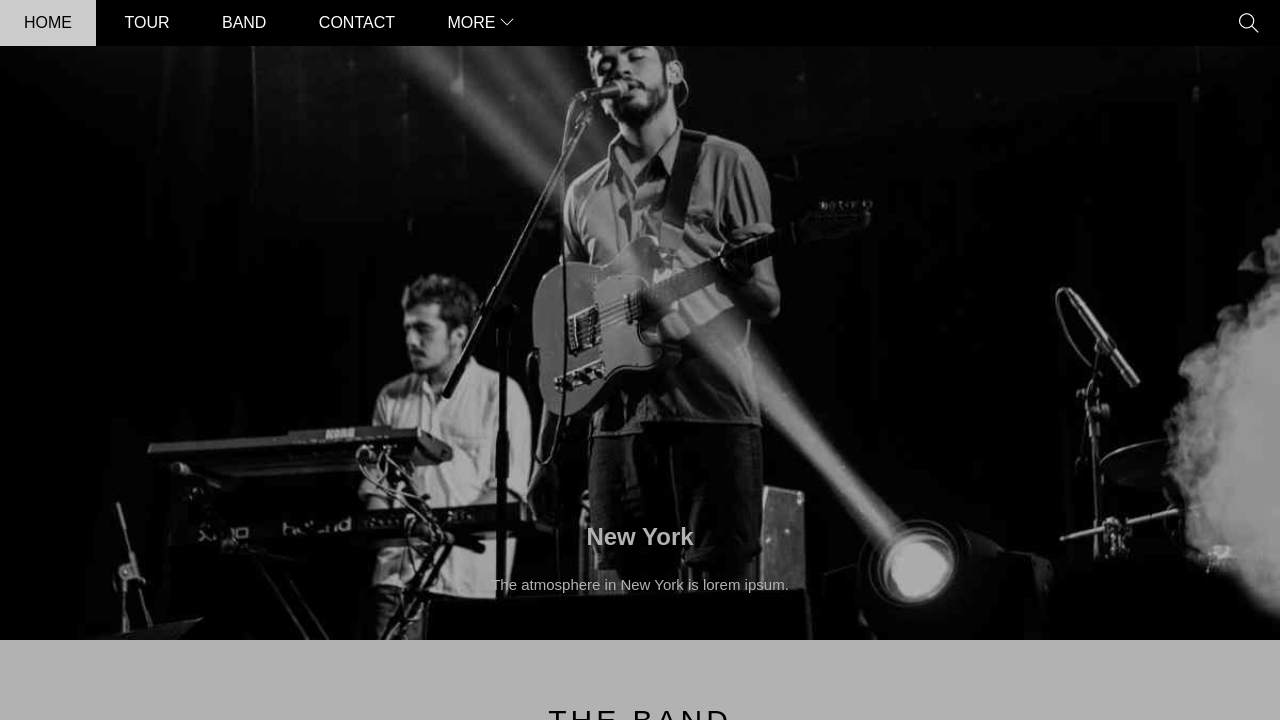
Repository: maivannhan1998/git-w3band
Page: index.html
The author's editor kept a copy of each file at every save. The page is drawn from the files as they stood at one save, then again after the next save.
The browser window is 1280 px wide. The pictures show the window.
A layer covers the whole window, so only the first screen is drawn.

Above is the page before, as saved 2021-09-06 09:09:03.

### index.html
<!DOCTYPE html>
<html lang="en">
<head>
    <meta charset="UTF-8">
    <meta http-equiv="X-UA-Compatible" content="IE=edge">
    <meta name="viewport" content="width=device-width, initial-scale=1.0">
    <title>Document</title>
    <link rel="stylesheet" href="./asset/css/style.css">
    <link rel="stylesheet" href="./asset/fontss/themify-icons/themify-icons.css">
</head>
<body>
    <div id="main">
        <div id="header">
            <!-- Begin: nav -->
            <ul id="nav">
                <li><a href="">Home</a></li>
                <li><a href="">Tour</a></li>
                <li><a href="">Band</a></li>
                <li><a href="">Contact</a></li>
                <li><a href="">
                    More
                    <i class="nav-arrow-down ti-angle-down"></i>
                </a>
                    <ul class="subnav">
                        <li><a href="">Merchandise</a></li>
                        <li><a href="">Extras</a></li>
                        <li><a href="">Media</a></li>
                    </ul>
                </li>
            </ul>
            <!-- End: nav -->

            <!-- Begin: Search button -->
            <div class="search-btn">
                <i class="search-icon ti-search"></i>
            </div>
            <!-- End: Search button -->


        </div>

        <div id="slider">
            <div class="text-content">
                <h2 class="text-heading">New York</h2>
                <div class="text-des">The atmosphere in New York is lorem ipsum.</div>
            </div>
        </div>

        <div id="content">
            <!-- About section -->
            <div class="content-section">
                <h2 class="heading-section">THE BAND</h2>
                <p class="heading-sub-section">We love music</p>
                <p class="about-text">We have created a fictional band website. Lorem ipsum dolor sit amet, consectetur adipiscing elit, sed do eiusmod tempor incididunt ut labore et dolore magna aliqua. Ut enim ad minim veniam, quis nostrud exercitation ullamco laboris nisi ut aliquip ex ea commodo consequat. Duis aute irure dolor in reprehenderit in voluptate velit esse cillum dolore eu fugiat nulla pariatur. Excepteur sint occaecat cupidatat non proident, sunt in culpa qui officia deserunt mollit anim id est laborum consectetur adipiscing elit, sed do eiusmod tempor incididunt ut labore et dolore magna aliqua. Ut enim ad minim veniam, quis nostrud exercitation ullamco laboris nisi ut aliquip ex ea commodo consequat.</p>
                <div class="row members-list">
                    <div class="col col-third text-center">
                         <p class="member-name">Name</p>
                         <img src="/asset/img/band/member1.jpg" alt="Name" class="member-img">
                    </div>
                    <div class="col col-third text-center">
                        <p class="member-name">Name</p>
                        <img src="/asset/img/band/member1.jpg" alt="Name" class="member-img">
                   </div>
                   <div class="col col-third text-center">
                        <p class="member-name">Name</p>
                        <img src="/asset/img/band/member1.jpg" alt="Name" class="member-img">
                    </div>


                </div>
            </div>

            <!--Tour section  -->
            <div class="tour-section">

                <div class="content-section">
                    <h2 class="heading-section text-white">TOUR DATES</h2>
                    <p class="heading-sub-section text-white">Remember to book your tickets!</p>
                    <ul class="tickets-list">
                        <li>September<span class="sold-out">Sold out</span></li>
                        <li>October<span class="sold-out">Sold out</span></li>
                        <li>November<span class="quanity">3</span></li>
                    </ul>

                    <!-- Place section -->
                    <div class="row places-list">
                        <div class="col col-third ">
                            <img src="/asset/img/places/newyork.jpg" alt="New York" class="place-img">
                            <div class="place-content">
                                <h3 class="place-heading">New York</h3>
                                <p class="place-time">Fri 27 Nov 2016</p>
                                <p class="place-des">Praesent tincidunt sed tellus ut rutrum sed vitae justo.</p>
                                <a href="#" class="place-buy-btn">Buy Tickets</a>
                            </div>
                        </div>

                        <div class=" col col-third ">
                            <img src="/asset/img/places/paris.jpg" alt="Paris" class="place-img">
                            <div class="place-content">
                                <h3 class="place-heading">Paris</h3>
                                <p class="place-time">Sat 28 Nov 2016</p>
                                <p class="place-des">Praesent tincidunt sed tellus ut rutrum sed vitae justo.</p>
                                <a href="#" class="place-buy-btn">Buy Tickets</a>
                            </div>
                        </div>

                        <div class=" col col-third ">
                            <img src="/asset/img/places/sanfran.jpg" alt="San Francisco" class="place-img">
                            <div class="place-content">
                                <h3 class="place-heading">San Francisco</h3>
                                <p class="place-time">Sun 29 Nov 2016</p>
                                <p class="place-des">Praesent tincidunt sed tellus ut rutrum sed vitae justo.</p>
                                <a href="#" class="place-buy-btn">Buy Tickets</a>
                            </div>
                        </div>


                    </div>
                </div>


            </div>

            <!-- Contact section -->

            <div class="content-section">
                <h2 class="heading-section">CONTACT</h2>
                <p class="heading-sub-section">Fan? Drop a note!</p>


                <div class="row contact-content">
                    <div class="col col-half contact-info">
                           <p><i class="ti-location-pin"></i>Chicago, US</p>
                           <p><i class="ti-mobile"></i>Phone: +00 151515</p>
                           <p><i class="ti-email"></i>Email: mail@mail.com</p>
                    </div>
                    <div class="col col-half contact-form">
                        <form action="">
                            <div class="row">
                                   <div class="col col-half">
                                       <input type="text" name="" placeholder="Name" required  id="contact-name" class="form-control">
                                   </div>
                                   <div class="col col-half">
                                       <input type="email" name="" placeholder="Email" required id="contact-email" class="form-control">
                                   </div>
                                   <!-- <div class="clear"></div> -->
                            </div>
                            <div class="row mt-8">
                               <div class="col col-full">
                                   <input type="text" name="" placeholder="Message" id="contact-message" required class="form-control">
                               </div>
                            </div>
                            <input class="form-submit-btn mt-16" type="submit" value="SEND">

                        </form>
                    </div>
                </div>
            </div>

            <!-- End contact section -->

            <div class="map-section">
                <img src="./asset/img/map.jpg" alt="Map">
            </div>



        </div>

        <div id="footer">
            <div class="social-list">
                <a href=""><i class="ti-facebook"></i></a>
                <a href=""><i class="ti-instagram"></i></a>
                <a href=""><i class="ti-github"></i></a>
                <a href=""><i class="ti-pinterest"></i></a>
                <a href=""><i class="ti-twitter"></i></a>
                <a href=""><i class="ti-linkedin"></i></a>
            </div>
            <p class="copyright">Powered by <a href="">w3.css</a></p>
        </div>
    </div>

    <div class="modal">
        <div class="modal-container">

        </div>
    </div>

</body>
</html>

### asset/css/style.css
/* Reset CSS*/
*{
    padding: 0;
    margin: 0;
    box-sizing: border-box;
}

/* common */

.row {
    margin-left: -8px;
    margin-right: -8px;
}

.row::after {
    content: "";
    display: block;
    clear: both;
}

.col {
    float: left;
    padding-left: 8px;
    padding-right: 8px;
}

.col-third {
    width: 33.33333%;
}

.col-half {
    width: 50%;
}

.col-full {
    width: 100%;
}

.text-center {
    text-align: center !important;
}

.clear {
    clear: both;
}

.text-white {
    color: #fff !important;
}

.mt-8 {
    margin-top: 8px;
}

.mt-16 {
    margin-top: 16px;
}

html{
    font-family: Arial, Helvetica, sans-serif;

}

#main{

}

#header{
    position: fixed;
    top: 0;
    left: 0;
    right: 0;
    height: 46px;
    background-color: #000;
    z-index: 1;
}

#nav {
    display: inline-block ;
}

#nav, .subnav {
    list-style-type: none;
}

#nav > li {
    display: inline-block;
}

#nav li{
    position: relative;

}

#nav > li > a {
    color: #fff;
    text-transform: uppercase;
}

#nav li a {
    padding: 0 24px;
    line-height: 46px;
    display: block;
    text-decoration: none;
}
#nav .subnav li:hover a,
#nav > li:hover > a {
    color: #000;
    background-color: #ccc;
}

#nav .subnav {
    display: none;
    position: absolute;
    top: 100%;
    left: 0;
    min-width: 160px;
    background-color: #fff;
    box-shadow: 0 0 10px rgba(0, 0, 0, 0.3);
}

#nav .subnav a {
    color: #000;
    background-color: #fff;
    padding: 0 12px;
    line-height: 38px;

}

#nav li:hover .subnav {
    display: block;
}

.nav-arrow-down {
    font-size: 14px;
}

#header .search-btn {
    float: right;
    padding: 0px 21px;

}

#header .search-btn:hover {
    cursor: pointer;
    background-color: #f44336;
}

#header .search-icon {
    color: #fff;
    font-size: 20px;
    line-height: 46px;
}

#slider{
   /* margin-top: 46px; */
   /* chỉ số % chiều ngang của chính nó (chiều cao lun bằng 1/2 chiều ngang) */
   position: relative;
   padding-top: 50%;
   background: url('/asset/img/slider/slider1.jpg') top center / cover no-repeat;
}

#slider .text-content {
    position: absolute;
    bottom: 47px;
    color: #fff;
    width: 100%;
    /* left: 50%;
   transform: translateX(-50%); */
   text-align: center;

}

#sider .text-heading {
    font-weight: 500;
    font-size: 24px;
}

#slider .text-des {
    font-size: 15px;
    margin-top: 25px;
}

#content{

}

#content .content-section {
    width: 800px;
   padding: 64px 0 112px;
   margin-left: auto;
   margin-right: auto;

}

#content .heading-section {
    text-align: center;
    font-size: 30px;
    font-weight: 500;
    letter-spacing: 4px;
}

#content .heading-sub-section {
    text-align: center;
    font-size: 15px;
    margin-top: 25px;
    font-style: italic;
    opacity: 0.6;
}

#content .about-text {
    margin-top: 25px;
    text-align: justify;
    font-size: 15px;
    line-height: 1.5;
}

#content .members-list {
    margin-top: 48px;
}



#content .member-name {
    font-size: 15px;
}

#content .member-img {
    width: 154px;
    margin-top: 15px ;
    border-radius: 4px;

}

/* tour section */

.tour-section {
    background-color: #000;
}

.tickets-list {
    margin-top: 40px;
    list-style-type: none;
    background-color: #fff;

}

.tickets-list li {
    color: #757575;
    font-size: 15px;
    padding: 11px 16px;
    border-bottom: 1px solid #ccc;
}

.tickets-list .sold-out {
    color: #fff;
    background-color: #f44336;
    padding: 4px 4px;
    margin-left: 16px;
}

.tickets-list .quanity {
    float: right;
    color: #fff;
    background-color: #000;
    width: 24px;
    height: 24px;
    border-radius: 50%;
    text-align: center;
    margin-top: -3px;
    line-height: 24px;
}

.places-list {
    margin-top: 32px;

}

.place-img{
    width: 100%;
    display: block;
}

.place-img:hover {
    opacity: 0.6;
}

.place-content{
background-color: #fff;
padding: 16px;
font-size: 15px;
}

.place-heading{
    font-size: 15px;
}

.place-time{
    margin-top: 15px;
    color: #757575;
}

.place-des{
    margin: 15px 0;
    line-height: 1.4;
}

.place-buy-btn{
    color: #fff;
    background-color: #000;
    text-decoration: none;
    padding: 11px 16px;
    display: inline-block;
}

.place-buy-btn:hover {
    color: #000;
    background-color: #ccc;
}

/* contact form */

.contact-content {
    margin-top: 48px;
}

.contact-info {
    font-size: 18px;
}

.contact-info i[class*="ti-"]{
    width: 30px;
    display: inline-block;
    line-height: 1.5;
}

.contact-form {
    font-size: 15px;
}

.contact-form .form-control {
    padding: 10px;
    border: 1px solid #ccc;
    width: 100%;
}

.form-submit-btn {
    padding: 10px 16px;
    float: right;
    color: #fff;
    background: #000;
    border: none;
}

.form-submit-btn:hover {
    color: #000;
    background-color: #ccc;
}

.map-section img {
    width: 100%;
}

/* Footer section */

#footer{
    padding: 64px 16px;
    text-align: center;
}

#footer .social-list {
    font-size: 24px;
}

#footer .social-list a {
    color: rgba(0, 0, 0, 0.6);
    text-decoration: none;
}
#footer .copyright a:hover,
#footer .social-list a:hover {
    color: rgba(0, 0, 0, 0.4);
}
#footer .copyright a {
    margin-top: 15px;
    color: rgba(0, 0, 0, 0.6);
}

.modal {
    position: fixed;
    top: 0;
    left: 0;
    right: 0;
    bottom: 0;
    background-color: rgba(0, 0, 0, 0.3);
}

Loaded but not shown: asset/fontss/themify-icons/themify-icons.css (common file)

After the next save:
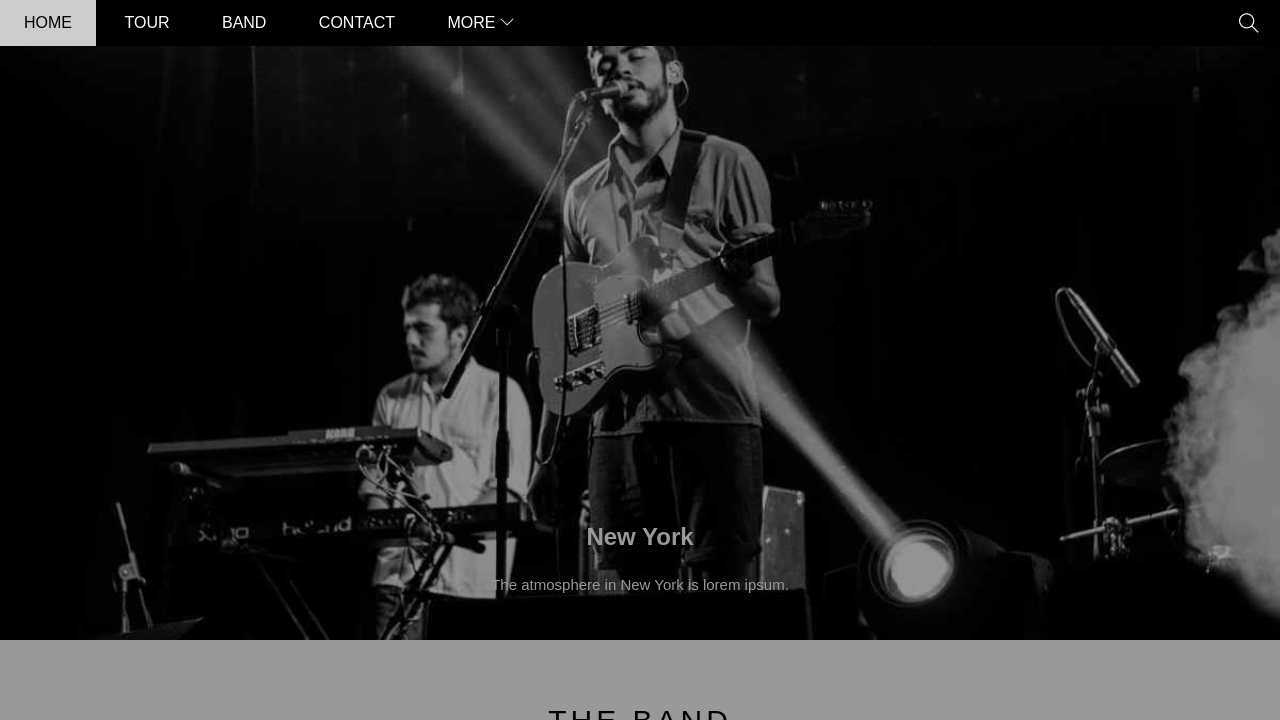
Saved 11 s later.
--- a/asset/css/style.css
+++ b/asset/css/style.css
@@ -391,5 +391,5 @@
     left: 0;
     right: 0;
     bottom: 0;
-    background-color: rgba(0, 0, 0, 0.3);
-}
+    background-color: rgba(0, 0, 0, 0.4);
+}
